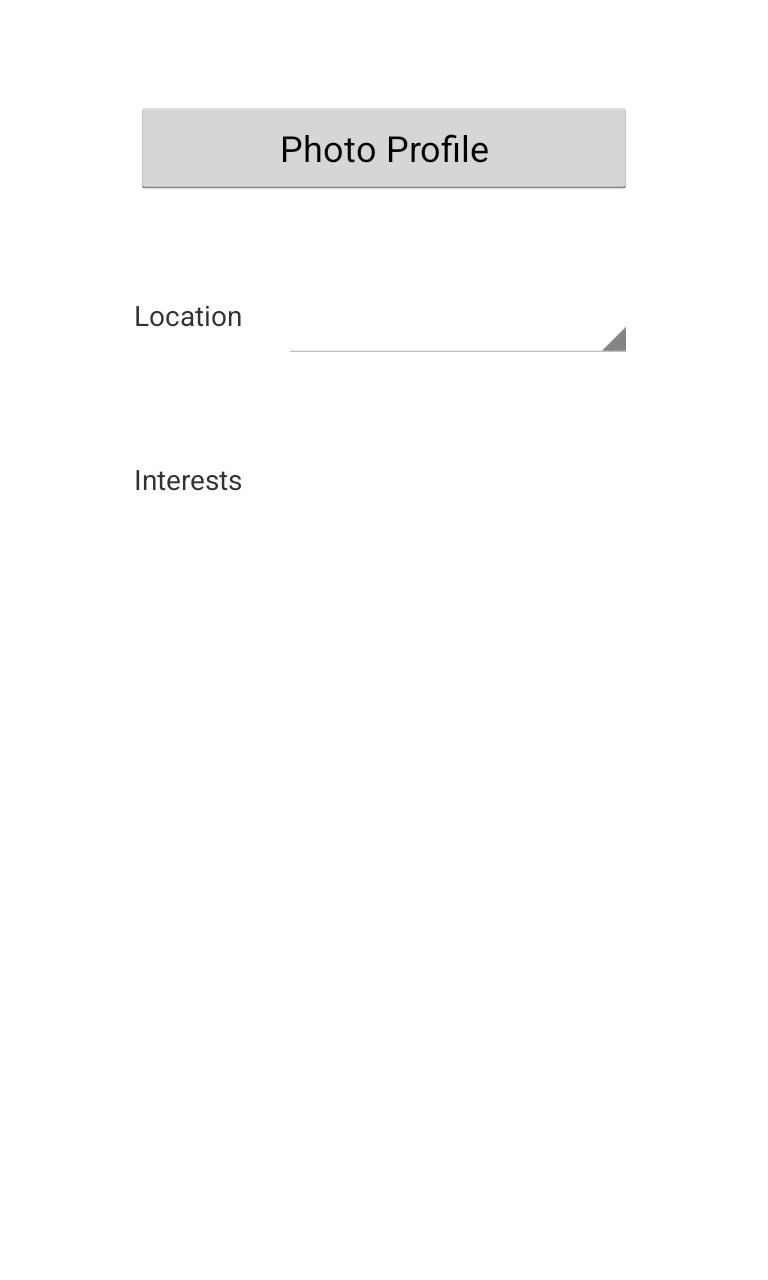
Repository: elvispap/The_Voice_of_People_Android_app
Layout: Voice of People/res/layout/profile_settings.xml
An editor plug-in stored every save of this project. The layout is shown before and after the next save, followed by the edit.
It is drawn on a 768 x 1280 px phone screen (xhdpi) without system bars, with theme AppTheme; the app's code is not run.

Above is the layout before, as saved 2014-01-05 20:42:29.

After the next save:
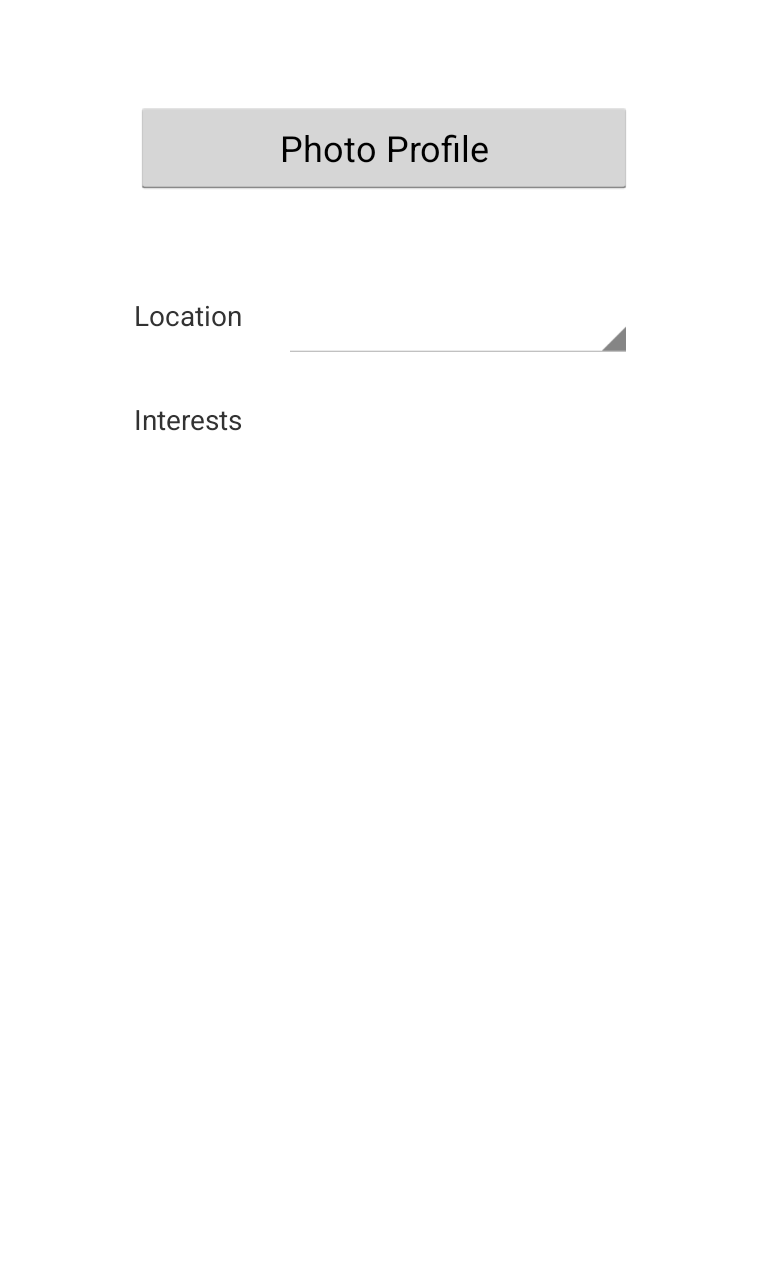
Saved 25 s later.
--- a/Voice of People/res/layout/profile_settings.xml
+++ b/Voice of People/res/layout/profile_settings.xml
@@ -42,7 +42,7 @@
 	    android:layout_height="wrap_content"
 	    android:orientation="horizontal"
 	    android:layout_gravity="center_horizontal"
-	    android:layout_marginTop="50dp">
+	    android:layout_marginTop="20dp">
 			   <TextView
 		            android:id="@+id/textView1"
 		            android:layout_width="wrap_content"
@@ -53,6 +53,7 @@
 				    android:orientation="vertical"
 				    android:layout_gravity="center_horizontal"
 				    android:layout_marginTop="5dp">
+				</LinearLayout>
      </LinearLayout>
 
 </LinearLayout>
